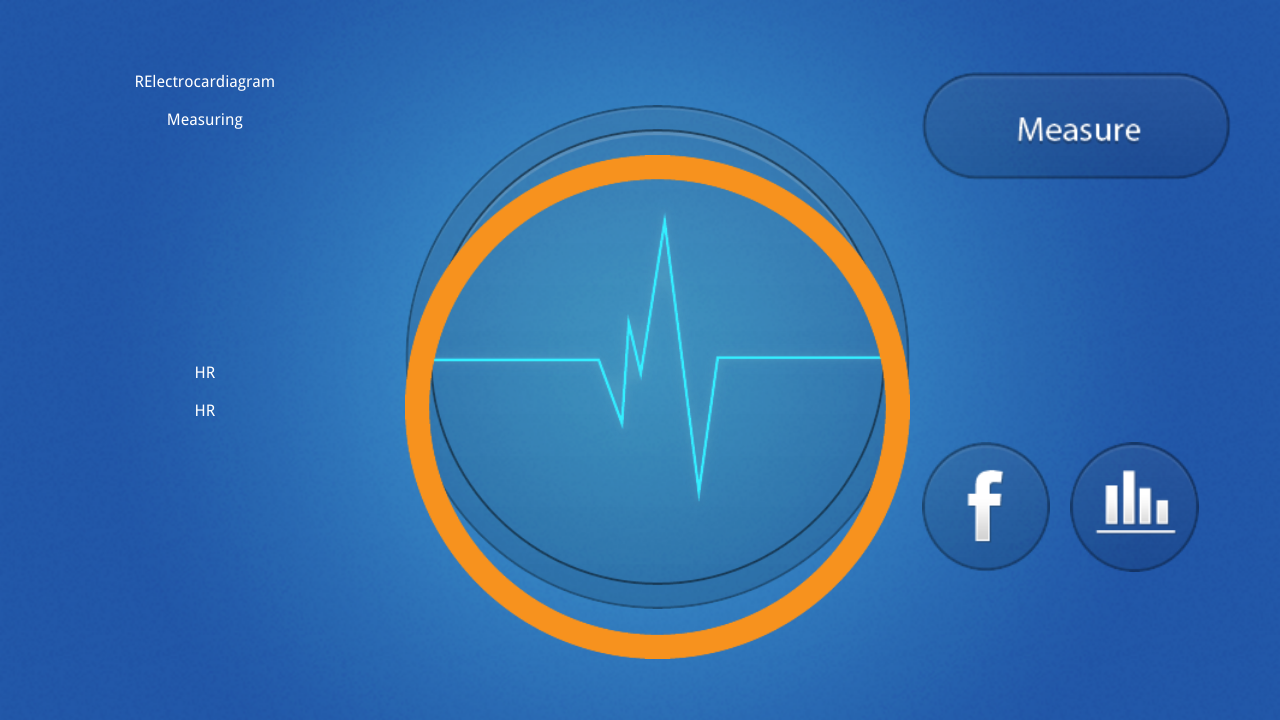
Repository: chouwill79131/IEcontest
Page: BluetoothChat/assets/main.html
The author's editor kept a copy of each file at every save. The page is drawn from the files as they stood at one save, then again after the next save.
The browser window is 1280 px wide. The pictures show the whole page.

Above is the page before, as saved 2013-03-08 17:28:36.
Console error: TypeError: Cannot set properties of null (setting 'innerHTML')

### BluetoothChat/assets/main.html
<html>
  <head>
    <meta http-equiv="Content-Type" content="text/html; charset=utf-8"/>
    <link href="main.css" rel="stylesheet"/>
    <script src="jquery.js"></script>
    <script src="highcharts.js"></script>
    <script src="delay.js"></script>
    <script src="main.js"></script>
  </head>
  <body>
    <div id="main" >
    	<div class="left">
			<div class="text">
				<div class="word">RElectrocardiagram</div><br />
				<div class="subword">Measuring</div><br />

				<div class="hr">HR</div><br />
				<div class="date">HR</div>
			</div>

		</div>

		<div class="mid">
			<img class="rhythm" src="button/rhythm.png" />
			<img class="circle" src="button/circle.png" />
		</div>

		<div class="right">
			<button class="measure"><img src="button/Measure.png" /></button><br />
			<button class="share" ><img src="button/Share.png" /></button>
			<button class="record"><img src="button/Record.png" /></button>
		</div>




	</div>
  </body>
</html>

### BluetoothChat/assets/main.css
@font-face {
    font-family: droidsans;
    src: url(fonts/droidsans.ttf);
}

body { margin:0; padding:0; }
#main { width: auto; height: 100%; background-image: url(button/background.png); background-size: 100% 100%; }
.left, .mid, .right {float: left; height: 100%; }


.left {  width: 28%; padding-left:2%;}
.text, .hr { text-align: center; }
.text { margin-top: 20%; color:white; font-family: droidsans ;}
.hr {   margin-top: 60%; color:white; font-family: droidsans ;}
.date { font-family: droidsans ; }

.mid { width: 41%; }
.rhythm, .circle { width: auto; height:70%; margin-left: 4%; }
.rhythm { margin-top: 20%; z-index: 1; }
.circle { margin-top: -86.5%; z-index: 2; position: relative;}

.right { width: 29%; }
.right button { float: left; border: none; background: transparent; }
.measure img {margin-top: 5%; width: auto;  height:15%; }
.share img, .record img { width: auto;  height:18%; }
.measure { margin-left: 2%; margin-top: 15%; }
.share, .record { background: red;margin-top: 70%; margin-left: 2%; }


<!--
border? font? .record_top
-->

### BluetoothChat/assets/delay.js

$(function(){
setTimeout(function(){
$.getScript("dy_chart.js");
},200)
})

### BluetoothChat/assets/main.js
var chart;
var step = 0.01;	//step0.008每秒125點	//0.005極限
var xstart = step;
var hr = "--";
var score = "--";
var index;
$(document).ready(function ready() {

    var s = "";
    var theDate = new Date();
    s += theDate.getYear()+1900 + ".";                //  年
    s += (theDate.getMonth() + 1) + ".";				// 月
    s += theDate.getDate(); 							// 日
    document.getElementById("date").innerHTML = s;
    index = document.getElementById("main").innerHTML; //保留首頁

    $(".measure").live("click", function() {
      measure();
    }); //click .measure


}); //(document).ready

function shared(){
	view1 = document.getElementById("rhythm").innerHTML;
	document.getElementById("rhythm").innerHTML = view1+'<img class="stop" src="button/complete.png" style="width:100%; margin-top: -50% ;z-index:5;position: relative;" />';
	$("#main").live("click", function() {
      document.getElementById("rhythm").innerHTML = view1;
    });
}

function complete(hr1,score1){
  hr = hr1;
  score = score1;
  view = document.getElementById("dy_chart").innerHTML;
  document.getElementById("dy_chart").innerHTML = view+'<img class="stop" src="button/Completed.png" style="width:50%; margin: -20% 0% 0% 25%; z-index:2;position: relative;" />';
  $(".stop").html('<img src="button/Continue.png" />');
}

function addSomething(a) {
  for (var i in a){
    chart.series[0].addPoint([xstart,a[i]],false,true);
    xstart += step;
  }
  chart.redraw();
}

function history(history){
	view2 = document.getElementById("main").innerHTML;
    $("#main").html(
    '<div class="main1">'+
	'<div class="contain">'+
	'<div id="dy_chart" style="z-index:1;position: relative;"></div>'+
	'</div>'+
	'<div id="foot">'+
	'<button class="stop">'+
	'<img src="button/Back.png" />'+
	'</button>'+
	'</div>'+
    '</div>'
    );

    Highcharts.setOptions({
      global: {
	useUTC: true
      }
    });

    hischart = new Highcharts.Chart({
      chart: {
		renderTo: 'dy_chart',
		backgroundColor: 'transparent',
		type: 'line',
      },
      title: {
		style:{ color: '#FFFFFF'},
		text: 'Measure history',
      },
      credits: {			// highchart.com
		enabled:false
      },
      legend: {  			// 線的標示
        enabled: false
      },
      xAxis: {
      	type: 'datetime',
		dateTimeLabelFormats: { // don't display the dummy year
	  		month: '%e. %b',
	  		year: '%b'
		},
		lineColor: '#FFFFFF',
		labels: {
	  		style: {
				color: '#FFFFFF',
			}
		}
	  },
	  yAxis: {
	    title: {text: 'Feeling',
	    			style: {
						color: '#FFFFFF',
					}
				},
	  	gridLineColor: '#FFFFFF',
	  	labels: {
	  		style: {
				color: '#FFFFFF',
			}
		}
	  },
	  plotOptions: {
                line: {
                    dataLabels: {
                        enabled: true,
                        color: '#FFFFFF',
                    },
                    enableMouseTracking: true,
                }
      },
	series: [{
	  name: 'measure history',
	  color: '#FFFFFF',
	  data: history
	}],
    });

    $(".stop").live("click", function(){
 //     hr = "--";
      $(".main1").html(view2);
 //     document.getElementById("hr").innerHTML = hr;
    });
};// .record click

function measure(){
	xstart = 0.01;
	$("#main").html('<div class="main1">'+
		'<div class="contain">'+
		'<div id="dy_chart" style="z-index:1;position: relative;"></div>'+
		'</div>'+
		'<div id="foot">'+
		'<button class="stop" onclick="window.MyHandler.disconnect()">'+
		'<img src="button/Stop.png" />'+
		'</button>'+
		'</div>'+
      	'</div>');
    Highcharts.setOptions({
      global: {useUTC: true }
    });
    chart = new Highcharts.Chart({
      chart: {
		renderTo: 'dy_chart',
		backgroundColor: 'transparent',
		type: 'spline',
		marginRight: 10,
      },
      credits: {enabled:false},
      title: {
		style:{ color: '#FFFFFF'},
		text: 'Electrondiagram',
      },
      xAxis: {
		type: 'x Axis',
		style:{ color: '#FFFFFF'},
		tickPixelInterval: 100,
		lineColor: '#FFFFFF',
		labels: {style: {color: '#FFFFFF'}},
      },
      yAxis: {
      	title: {
      		text: 'Score',
      		style: {color: '#FFFFFF'}},
	  		gridLineColor: '#FFFFFF',
	  		labels: {style: {color: '#FFFFFF'}},
			//max:1500,
			//min:0,
			title: {
	  			style:{ color: '#FFFFFF'},
	  			text: 'PPG'
	  		},
			plotLines: [{value: 0,width: 1}]
      	},
      	legend: {enabled: false},
      	exporting: {enabled: false},
      	plotOptions: {
			spline: {
	  			lineWidth: 1,
	  			states: {
	    			hover: {
	      				enabled: false,
	      				lineWidth: 2
	    			}
	  			},
	  		marker: {
	    		enabled: false,
	    		states: {
	      			hover: {
						enabled: false,
	      			}
	    		}
	  		},
		}
      }, // yAxis
      series: [{
		name: 'Data',
		color: '#FFFFFF',
		data: (function() {
	  		var data = [];
	  		var step = 0.01;	//step0.008每秒125點	//0.005極限
			var xstart = step;
	  		for (var i = -4; i <= xstart; i+=step){data.push({x: i,y: 0 });}
	  		return data;
		})()
		}]
    }); //Highcharts

    hr = '--';
    score = '--';
    $(".stop").live("click",function() {
      $(".main1").html(index);
      document.getElementById("hr").innerHTML = hr;
      document.getElementById("rhythm").innerHTML = '<div id="score">'+score+'</div><img class="circle" src="button/circle.png" />';
    }); //click .stop
}

### BluetoothChat/assets/dy_chart.js
var chart;
var step = 0.01;	//step0.008每秒125點	//0.005極限
var xstart = step;
//a = Math.random();
var hr = 15;
var score = 80;
function complete(hr1,score1){
	hr = hr1;
	score = score1;
	view = document.getElementById("dy_chart").innerHTML;
	document.getElementById("dy_chart").innerHTML = view+'<img class="stop" src="button/60.png" style="width:50%; margin: -20% 0% 0% 25%; z-index:2;position: relative;" /><br />'+hr+',<br />'+score;
}

function addSomething(a) {
//	setInterval(function() {        			 // for testing feq
	for (var i in a){
		chart.series[0].addPoint([xstart,a[i]],false,true);
		xstart += step;
	}

	/**
	chart.series[0].addPoint([xstart,a],false,true);
	xstart += step;
	**/

	chart.redraw();
//	}, 1000);									// for testing feq
}



$(function () {
	$(".stop").click(function() {
	$(".main1").html('  <div id="main" >'+
    	'<div class="left">'+
			'<div class="text">'+
				'<div class="word">Electrocardiagram</div><br />'+
				'<div class="subword">Measuring</div><br />'+
				'<div class="hr">HR <span id="hr"></span></div>'+
				'<div id="date"></div>'+
			'</div>'+
		'</div>'+
		'<div class="mid" id="mid">'+
			'<div class="score">84</div>'+
			'<img class="circle" src="button/circle.png" />'+
		'</div>'+
		'<div class="right">'+
			'<button class="measure"><img src="button/Measure.png" /></button><br />'+
			'<button class="share" ><img src="button/Share.png" /></button>'+
			'<button class="record"><img src="button/Record.png" /></button>'+
		'</div>'+
	'</div>');
 // 		window.location.href = "complete.html";
	});
    $(document).ready(function() {
        Highcharts.setOptions({
            global: {
                useUTC: false
            }
        });

        chart = new Highcharts.Chart({
            chart: {
                renderTo: 'dy_chart',
                backgroundColor: 'transparent',
                type: 'spline',
                marginRight: 10,
            },
            credits: {
            enabled:false
            }
            ,
            title: {
            	style:{ color: '#FFFFFF'},
                text: 'Electrondiagram',
            },
            xAxis: {
                type: 'x Axis',
                style:{ color: '#FFFFFF'},
                tickPixelInterval: 150
            },
            yAxis: {
            	max:1500,
            	min:0,
                title: {
                	style:{ color: '#FFFFFF'},
                    text: 'Value'
                },
                plotLines: [{
                    value: 0,
                    width: 1,
                }]
            },

            legend: {
                enabled: false
            },
            exporting: {
                enabled: false
            },
	    plotOptions: {
                spline: {
                   lineWidth: 1,
                   states: {
                       hover: {
                       	enabled: false,
                        lineWidth: 2
                       }
                   },
                   marker: {
                      enabled: false,
                      states: {
                          hover: {
                             enabled: false,
                          }
                      }
                  },
               }
            },
            series: [{
                name: 'Data',
                color: '#FFFFFF',
                data: (function() {
                    // generate an array of random data
                    var data = [],
                        time = (new Date()).getTime(),i;

                    for (i = -4; i <= xstart; i+=step) {
                        data.push({
                            x: i,
                            y: 0
                        });
                    }
                    return data;
                })()
            }]
        });
    });
});

Loaded but not shown: BluetoothChat/assets/jquery.js (library); BluetoothChat/assets/highcharts.js (library)

After the next save:
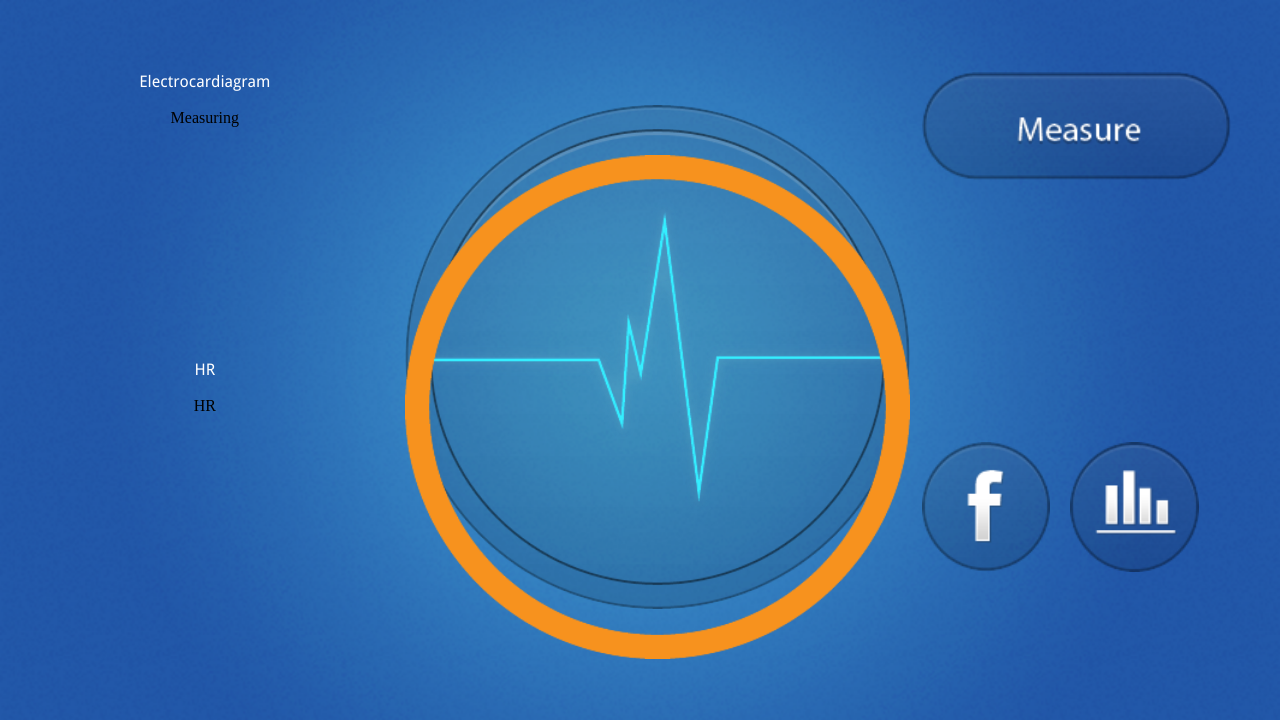
Saved 100 s later.
--- a/BluetoothChat/assets/main.html
+++ b/BluetoothChat/assets/main.html
@@ -11,7 +11,7 @@
     <div id="main" >
     	<div class="left">
 			<div class="text">
-				<div class="word">RElectrocardiagram</div><br />
+				<div class="word">Electrocardiagram</div><br />
 				<div class="subword">Measuring</div><br />
 
 				<div class="hr">HR</div><br />
--- a/BluetoothChat/assets/main.css
+++ b/BluetoothChat/assets/main.css
@@ -10,9 +10,9 @@ body { margin:0; padding:0; }
 
 .left {  width: 28%; padding-left:2%;}
 .text, .hr { text-align: center; }
-.text { margin-top: 20%; color:white; font-family: droidsans ;}
-.hr {   margin-top: 60%; color:white; font-family: droidsans ;}
-.date { font-family: droidsans ; }
+.word { margin-top: 20%; color:white; font-family: droidsans,impact ; }
+.hr {   margin-top: 60%; color:white; font-family: droidsans,impact ;}
+.date { margin-top:-10%font-family: droidsans ; }
 
 .mid { width: 41%; }
 .rhythm, .circle { width: auto; height:70%; margin-left: 4%; }
